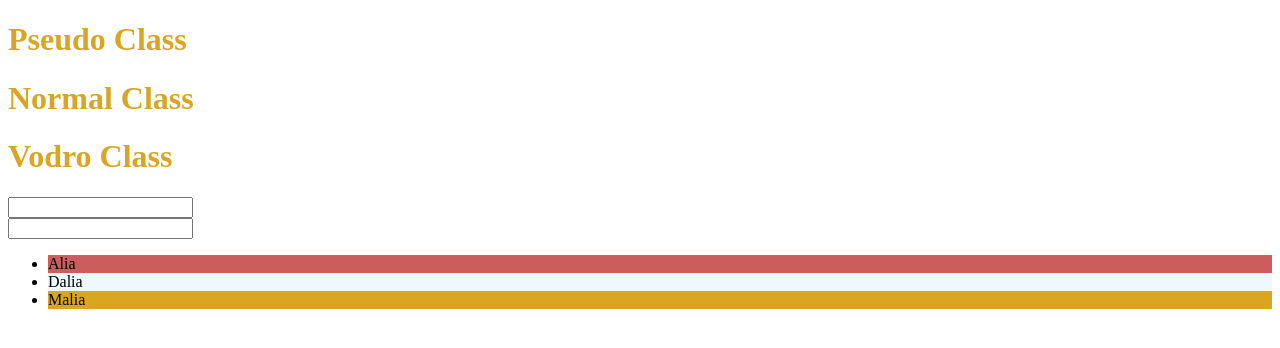
Repository: mohsinfarabi/first-website
Page: pseudo_class.html
These files come from the project's save history. The page is drawn as it stood at one moment and after the next save; the edit follows.
The browser window is 1280 px wide. The pictures show the whole page.

Above is the page before, as saved 2020-06-29 22:02:55.

### pseudo_class.html
<!DOCTYPE html>
<html lang="en">

<head>
    <meta charset="UTF-8">
    <meta name="viewport" content="width=device-width, initial-scale=1.0">
    <title>Document</title>
    <style>
        h1 {
            color: goldenrod;
        }

        .special-effect:hover {
            color: indianred;
            font-size: 60px;
            background-color: lawngreen;
        }

        input:focus {
            font-weight: 700px;
            font-size: 20px;
            color: green;
        }

        li:first-child {
            background-color: indianred;
        }

        li:last-child {
            background-color: goldenrod;
        }

        li:nth-child(2) {
            background-color: aliceblue;
        }
    </style>
</head>

<body>
    <h1>Pseudo Class</h1>
    <h1>Normal Class</h1>
    <h1 class="special-effect">Vodro Class</h1>
    <input name="email" type="text">
    <br>
    <input name="password" type="text">
    <ul>
        <li>Alia</li>
        <li>Dalia</li>
        <li>Malia</li>
    </ul>
</body>

</html>

After the next save:
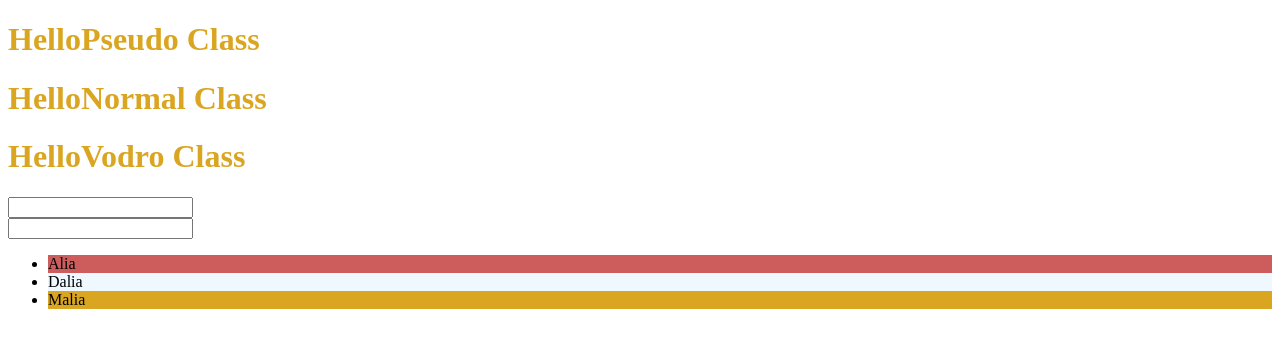
Saved 16 min 17 s later.
--- a/pseudo_class.html
+++ b/pseudo_class.html
@@ -33,6 +33,10 @@
         li:nth-child(2) {
             background-color: aliceblue;
         }
+
+        h1::before {
+            content: "Hello";
+        }
     </style>
 </head>
 
